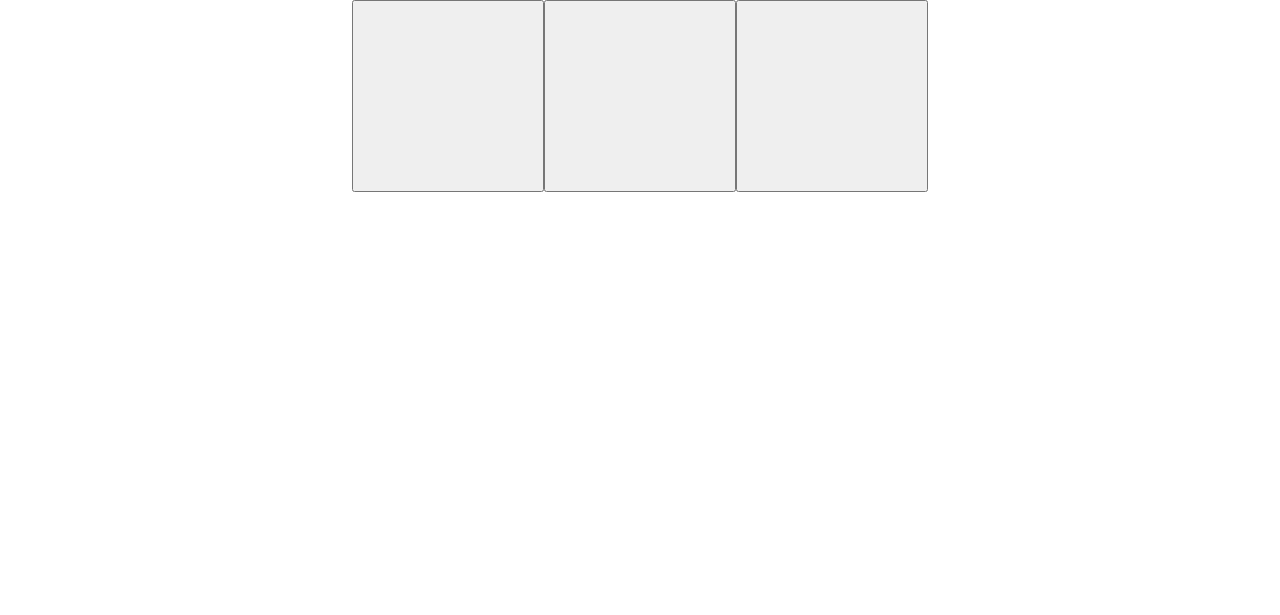
Repository: napan24/tic-tac-toe
Page: /
These files come from the project's save history. The page is drawn as it stood at one moment and after the next save; the edit follows.
The browser window is 1280 px wide. The pictures show the whole page.
The project was rebuilt for these pictures with package versions that can differ from the ones it lists, and the page was loaded fresh each time. Also part of the build but not shown: src/App.css.

Above is the page before, as saved 2022-06-12 11:42:36.

After the next save:
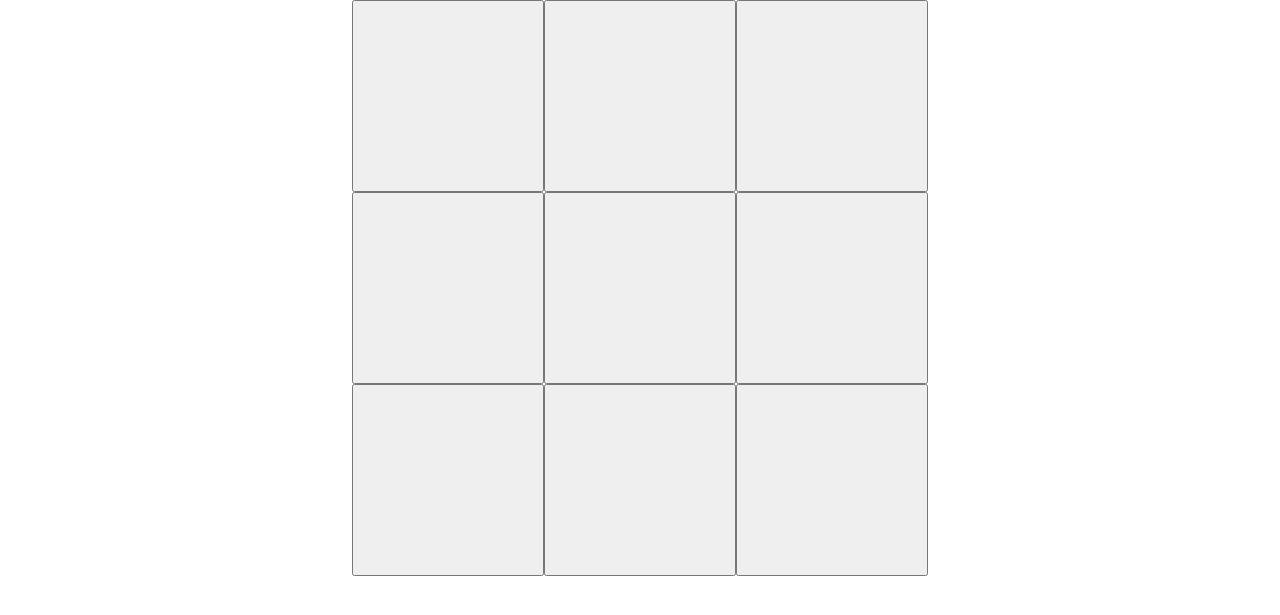
Saved 29 s later.
--- a/src/App.js
+++ b/src/App.js
@@ -2,17 +2,29 @@ import logo from './logo.svg';
 import './App.css';
 import { FontAwesomeIcon } from '@fortawesome/react-fontawesome';
 import { faXmark } from '@fortawesome/free-solid-svg-icons';
-import {faCircle} from '@fortawesome/free-regular-svg-icons';
+import { faCircle } from '@fortawesome/free-regular-svg-icons';
 import './tik.css';
 /* <FontAwesomeIcon icon={faXmark} size="5x" /> */
 /* <FontAwesomeIcon icon={faCircle} size="5x"/> */
 function App() {
   return (
-    <div className="row" style={{display:"flex",justifyContent:"center",alignContent:"center"}}>
-      <button className="column" style={{height:"15vw",width:"15vw"}}></button>
-      <button className="column" style={{height:"15vw",width:"15vw"}}></button>
-      <button className="column" style={{height:"15vw",width:"15vw"}}></button>
-    </div>
+    <>
+      <div className="row" style={{ display: "flex", justifyContent: "center", alignContent: "center" }}>
+        <button className="column" style={{ height: "15vw", width: "15vw" }}></button>
+        <button className="column" style={{ height: "15vw", width: "15vw" }}></button>
+        <button className="column" style={{ height: "15vw", width: "15vw" }}></button>
+      </div>
+      <div className="row" style={{ display: "flex", justifyContent: "center", alignContent: "center" }}>
+        <button className="column" style={{ height: "15vw", width: "15vw" }}></button>
+        <button className="column" style={{ height: "15vw", width: "15vw" }}></button>
+        <button className="column" style={{ height: "15vw", width: "15vw" }}></button>
+      </div>
+      <div className="row" style={{ display: "flex", justifyContent: "center", alignContent: "center" }}>
+        <button className="column" style={{ height: "15vw", width: "15vw" }}></button>
+        <button className="column" style={{ height: "15vw", width: "15vw" }}></button>
+        <button className="column" style={{ height: "15vw", width: "15vw" }}></button>
+      </div>
+    </>
   );
 }
 
